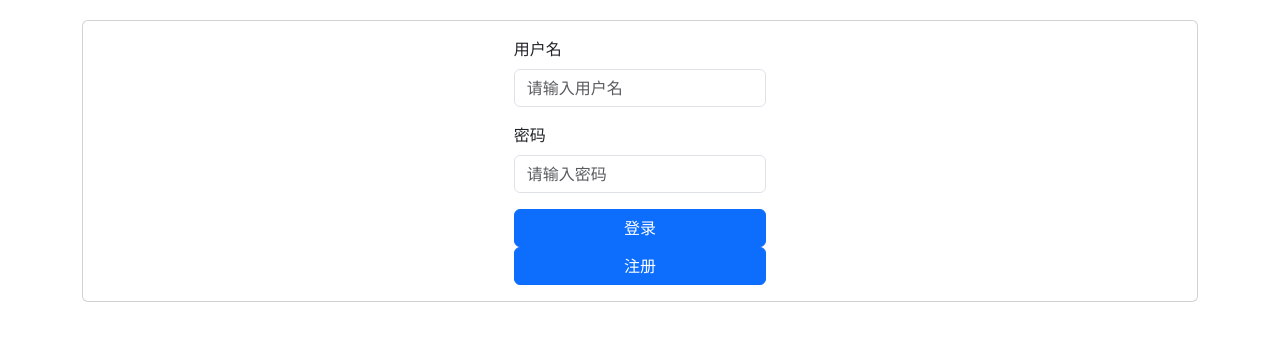
Repository: squawktop/CFS
Page: / (app in web/)
An editor plug-in stored every save of this project. The page is shown before and after the next save, followed by the edit.
The browser window is 1280 px wide. The pictures show the whole page.
The project was rebuilt for these pictures with package versions that can differ from the ones it lists, and the page was loaded fresh each time. Also part of the build but not shown: web/vue.config.js, web/src/views/RegisterView.vue, web/src/components/NavBar.vue, web/src/views/HomeView.vue, web/src/views/UsersManageView.vue, web/src/views/PersonalCenterView.vue, web/src/views/GoodsManageView.vue, web/src/views/OrdersManageView.vue and 1 more.

Above is the page before, as saved 2024-03-23 16:06:47.

After the next save:
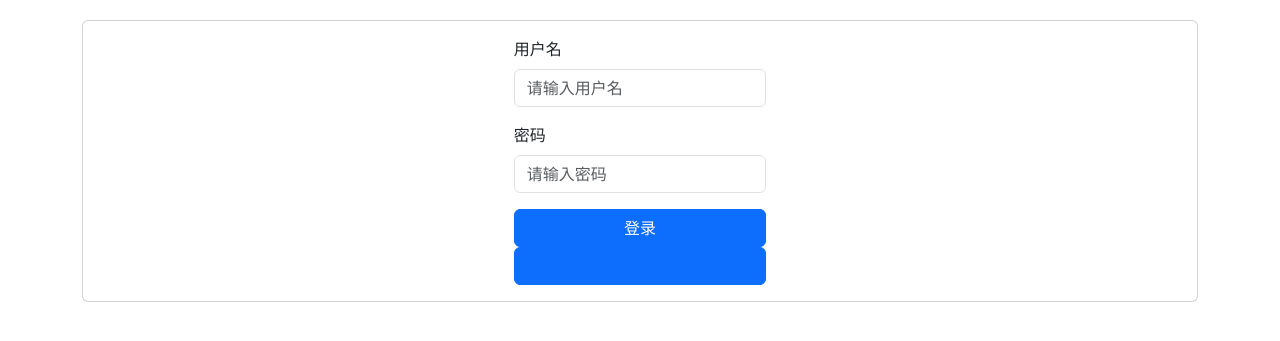
Saved 63 s later.
--- a/web/src/views/LoginView.vue
+++ b/web/src/views/LoginView.vue
@@ -15,7 +15,7 @@
                     <div class="error-message">{{ error_message }} </div>
                     <button type="submit" class="btn btn-primary">登录</button>
                     <button  class="btn btn-primary"><router-link
-                            :class="route_name == 'home' ? 'nav-link active' : 'nav-link'"
+
                             :to="{ name: 'home' }">注册</router-link></button>
 
                 </form>
